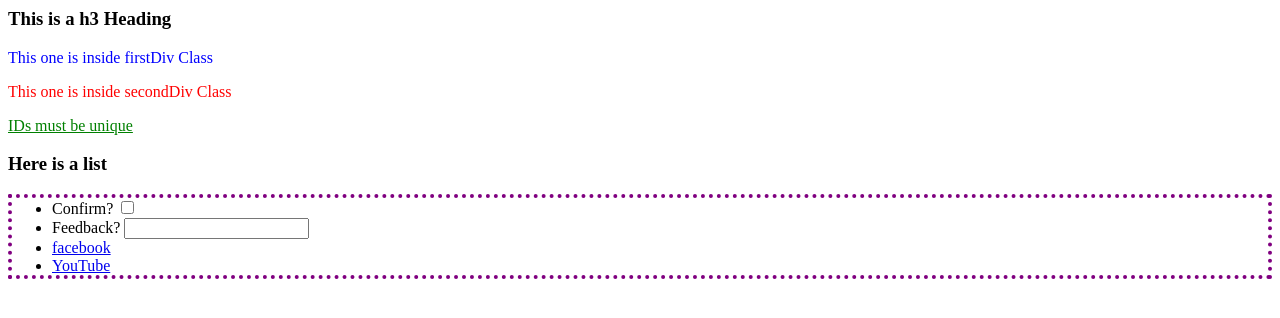
Repository: MonwarAdeeb/Bista_Solutions
Page: HTML & CSS/CSS/Level One/03. Apply Style on Subsets.html
The author's editor kept a copy of each file at every save. The page is drawn from the files as they stood at one save, then again after a run of saves.
The browser window is 1280 px wide. The pictures show the whole page.

Above is the page before, as saved 2021-05-19 17:08:42.

### HTML & CSS/CSS/Level One/03. Apply Style on Subsets.html
<html lang="en">
<head>
    <meta charset="UTF-8">
    <meta http-equiv="X-UA-Compatible" content="IE=edge">
    <meta name="viewport" content="width=device-width, initial-scale=1.0">
    <title>Document</title>
    <link rel="stylesheet" href="03. Apply Style on Subsets.css">
</head>
<body>

    <h3>This is a h3 Heading</h3>

    <!-- Div with classname -->
    <div class="firstDiv">
        <p>This one is inside firstDiv Class</p>
    </div>

    <div class="secondDiv">
        <p>This one is inside secondDiv Class</p>
    </div>

    <!-- paragraph with id -->
    <p id="singledout">IDs must be unique</p>

    <h3>Here is a list</h3>

    <!-- input/tags inside list elements -->
    <ul>
        <li>Confirm? <input type="checkbox" name="" id=""></li>
        <li>Feedback? <input type="text" name="" id=""></li>
        <li><a href="www.facebook.coom">facebook</a></li>
        <li><a href="www.youtube.com">YouTube</a></li>

    </ul>
</body>
</html>

### HTML & CSS/CSS/Level One/03. Apply Style on Subsets.css
/* setting style of div with class names.
classname has a (.) oot before their name */
.firstDiv {
  color: blue;
}

.secondDiv {
  color: red;
}

/* styling on a paragraph with ID
IDs use hashtag before ID name */
#singledout {
  color: green;
  text-decoration: underline;
}

/* applying style to adjacent siblings
this selects all unordered list immediate after h3 */
h3 + ul {
  border: 4px dotted purple;
}

li a{

}

/* asterix (*) overrides all elements styyling except IDs*/
/* * {
  color: black;
}
 */

After the next 2 saves:
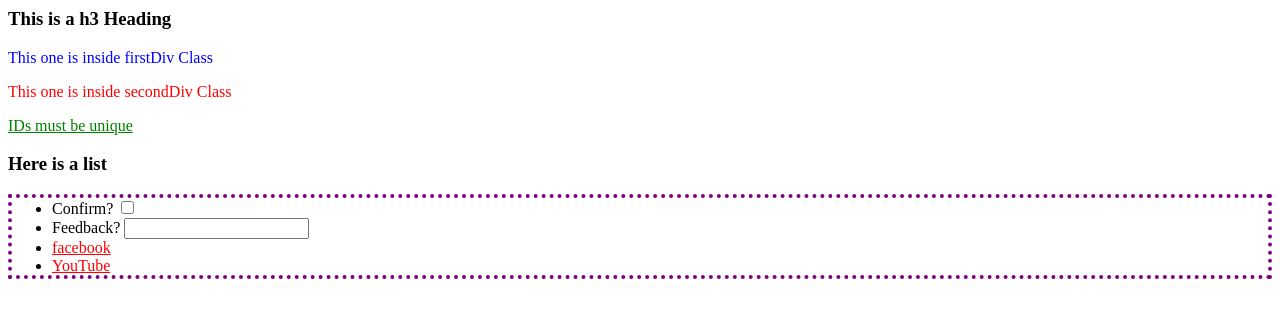
The 2 saves are shown as one change because they came seconds apart.
The last was saved 10 s later.
--- a/HTML & CSS/CSS/Level One/03. Apply Style on Subsets.css
+++ b/HTML & CSS/CSS/Level One/03. Apply Style on Subsets.css
@@ -21,8 +21,8 @@ h3 + ul {
   border: 4px dotted purple;
 }
 
-li a{
-
+li a {
+  color: red;
 }
 
 /* asterix (*) overrides all elements styyling except IDs*/
